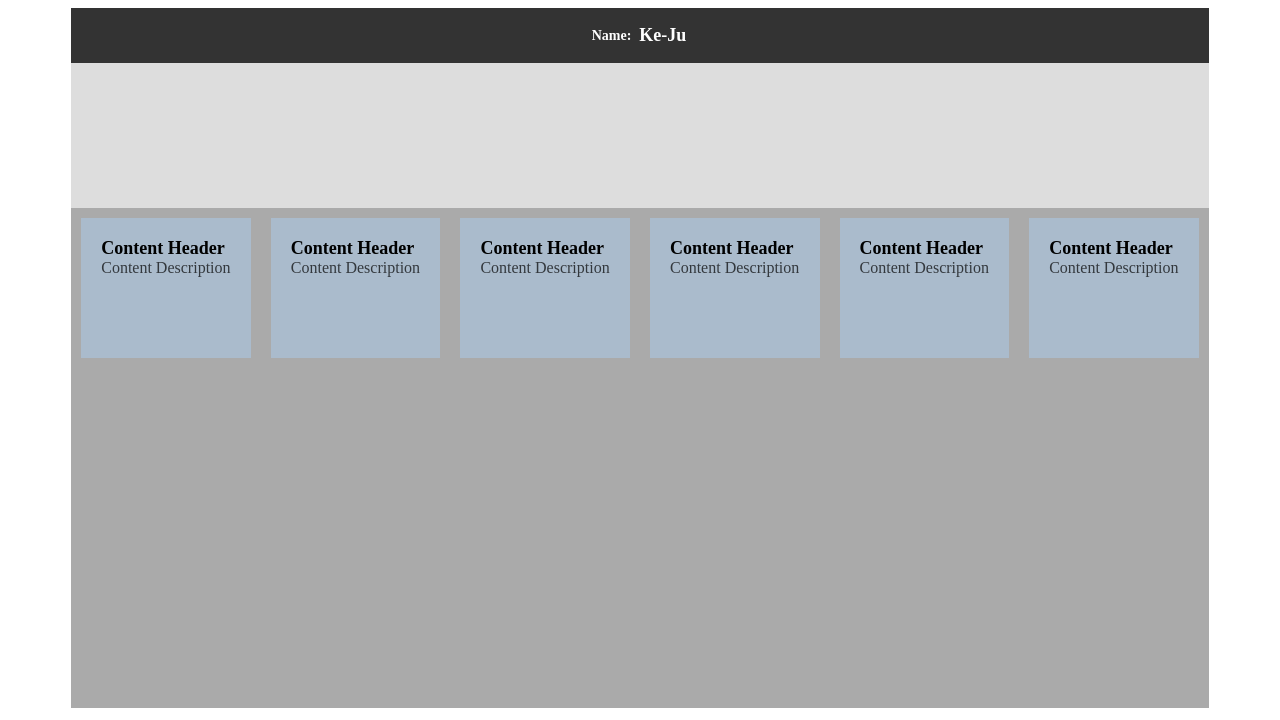
Repository: kerudai/mdiat3126nextapp
Page: /
These files come from the project's save history. The page is drawn as it stood at one moment and after the next save; the edit follows.
The browser window is 1280 px wide. The pictures show the whole page.
The project was rebuilt for these pictures with package versions that can differ from the ones it lists, and the page was loaded fresh each time. The framework's server and built-in components were replaced by stand-ins that run in the browser.

Above is the page before, as saved 2020-09-29 16:43:27.

### pages/_app.js
import './app.scss';

function MyApp({ Component, pageProps }) {
  return <Component {...pageProps} />
}

export default MyApp

### pages/index.js
import Header from '../comps/Header';

export default function Home() {
  return (
    <div className="main">
      <div className="header">
        <Header />
      </div>
      <div className="contents">
        <div>
          <div>Content Header</div>
          <div>Content Description</div>
        </div>
        <div>
          <div>Content Header</div>
          <div>Content Description</div>
        </div>
        <div>
          <div>Content Header</div>
          <div>Content Description</div>
        </div>
        <div>
          <div>Content Header</div>
          <div>Content Description</div>
        </div>
        <div>
          <div>Content Header</div>
          <div>Content Description</div>
        </div>
        <div>
          <div>Content Header</div>
          <div>Content Description</div>
        </div>
      </div>
    </div>
  )
}

### pages/app.scss


@import './index.scss';

### comps/Header/index.js
import React from 'react';
import styled, {css} from 'styled-components';

const HeadTitle = styled.h1`
    font-size: 18px;
    color: ${props=>props.color ? props.color : "#FFF"};
    padding: 5px;
    ${props=>props.highlight === true && css`
    background-color: #F5A;
    margin: 10px;
    `}
`;

const SubHeadTitle = styled(HeadTitle)`
    font-size: 14px;
    padding: 3px;
`;

const HeadBox = styled.div`
    background-color: #333;
    display: flex;
    align-items: center;
    justify-content: center;
`;

const Header = ({color, highlight}) => {
    return <HeadBox>
        <SubHeadTitle color={color}>Name: </SubHeadTitle>
        <HeadTitle highlight={highlight}>Ke-Ju</HeadTitle>
    </HeadBox>;
}

Header.defaultProps = {
    color: null,
    highlight: null
};

export default Header;

### pages/index.scss
.main {
    width: 90%;
    margin: auto;

    .header {
        min-height: 200px;
        background-color: #DDD;
    }

    .contents {
        min-height: 500px;
        display: flex;
        background-color: #AAA;
        flex-wrap: wrap;

        & > div {
            background-color: #ABC;
            flex: 1 0 100px;
            height: 100px;
            margin: 10px;
            padding: 20px;

            & > div:first-child {
                //header
                font-size: 18px;
                font-weight: bold;
            }

            & > div:nth-child(2) {
                color: rgba(0,0,0,0.7);
            }
        }

    }
}

After the next save:
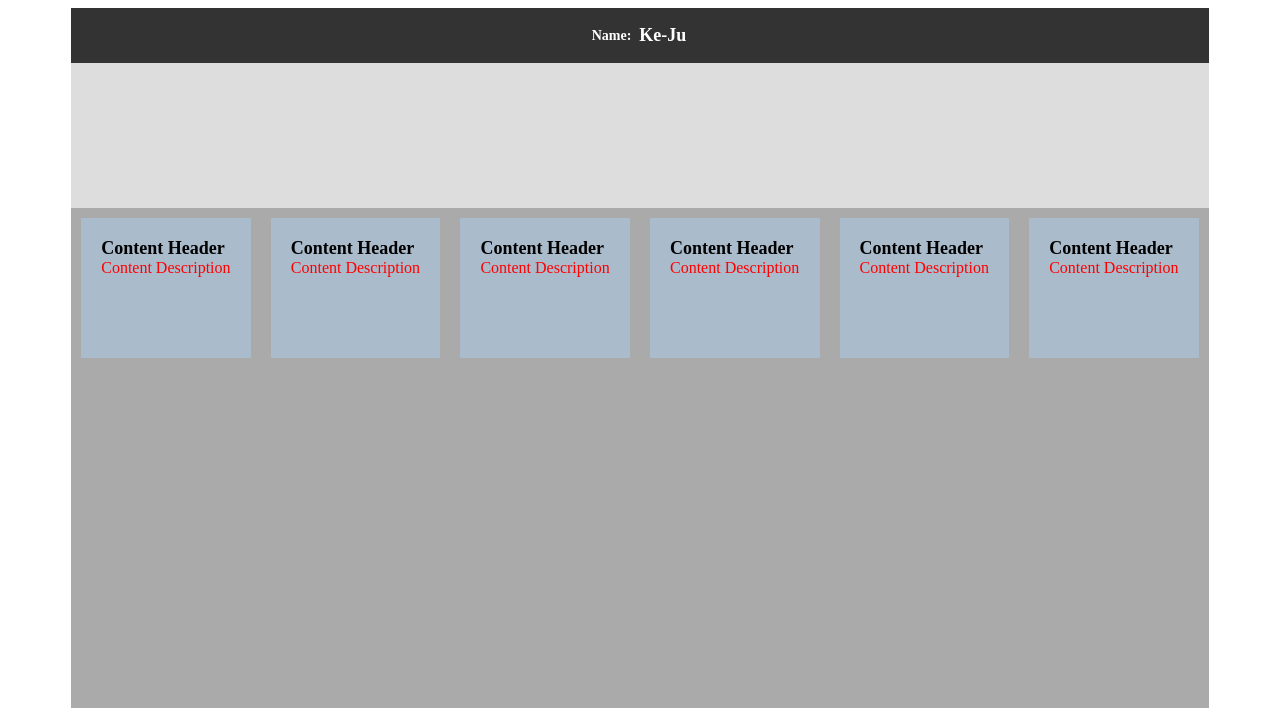
Saved 20 s later.
--- a/pages/index.scss
+++ b/pages/index.scss
@@ -27,7 +27,8 @@
             }
 
             & > div:nth-child(2) {
-                color: rgba(0,0,0,0.7);
+                // color: rgba(0,0,0,0.7);
+                color: red;
             }
         }
 

After the save that followed:
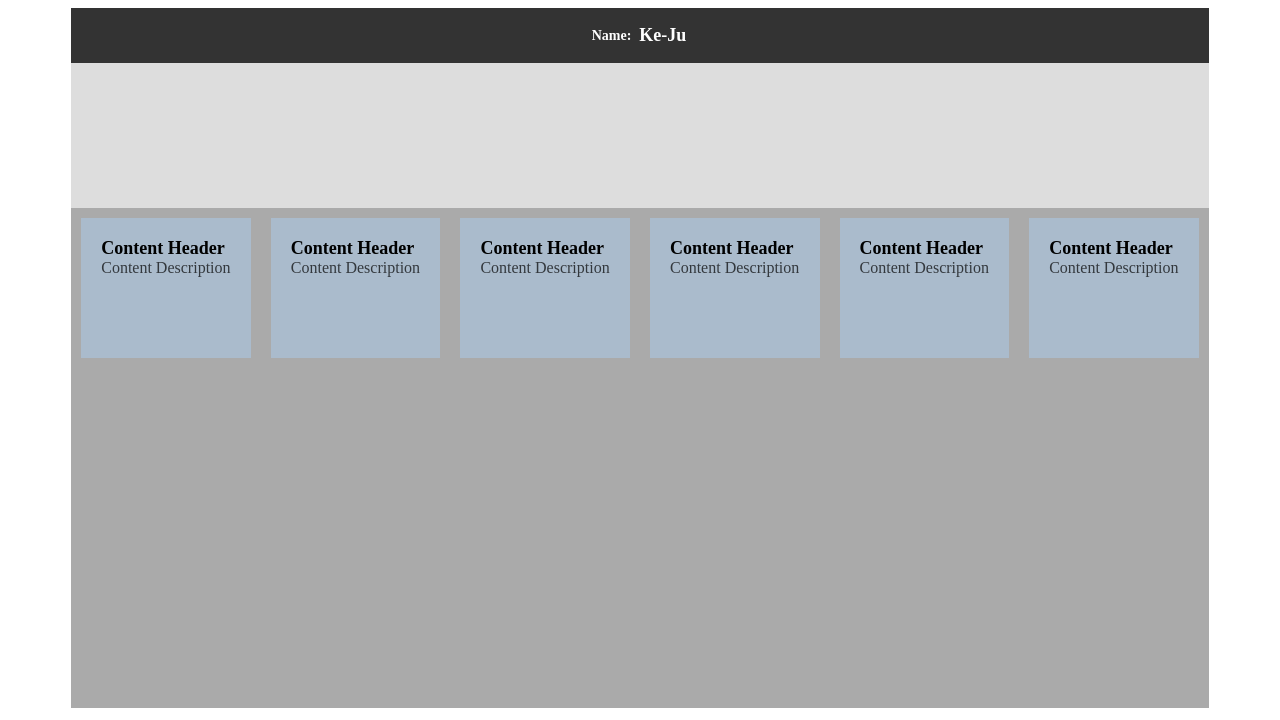
Saved 8 s later.
--- a/pages/index.scss
+++ b/pages/index.scss
@@ -27,8 +27,7 @@
             }
 
             & > div:nth-child(2) {
-                // color: rgba(0,0,0,0.7);
-                color: red;
+                color: rgba(0,0,0,0.7);
             }
         }
 
